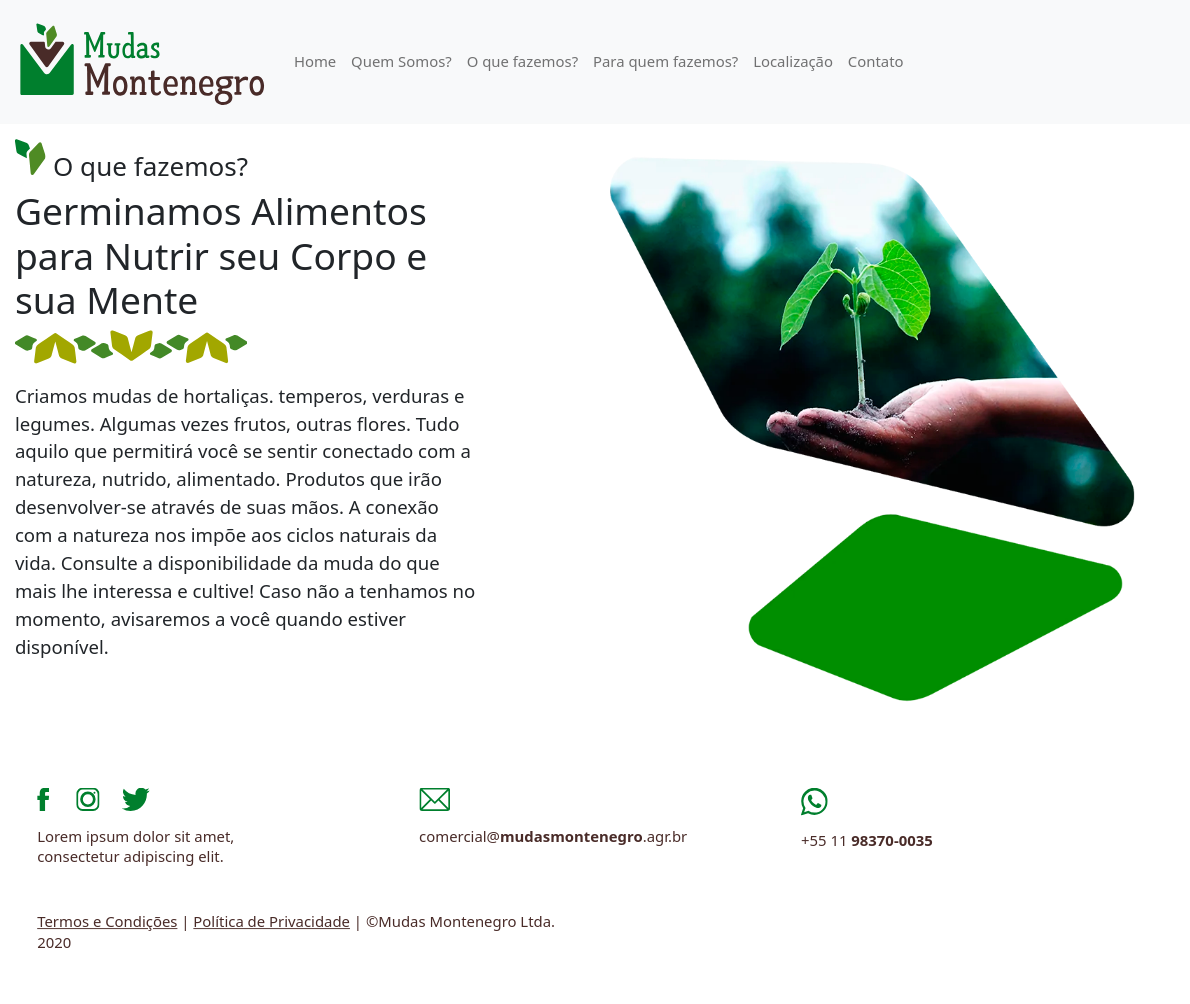
Repository: MaKnok/mudas-montenegro
Page: o-que-fazemos.html
An editor plug-in stored every save of this project. The page is shown before and after the next save, followed by the edit.
The browser window is 1280 px wide. The pictures show the whole page, at 93% of full size.
Some web libraries are served in a nearby version.

Above is the page before, as saved 2021-06-17 09:44:39.

After the next save:
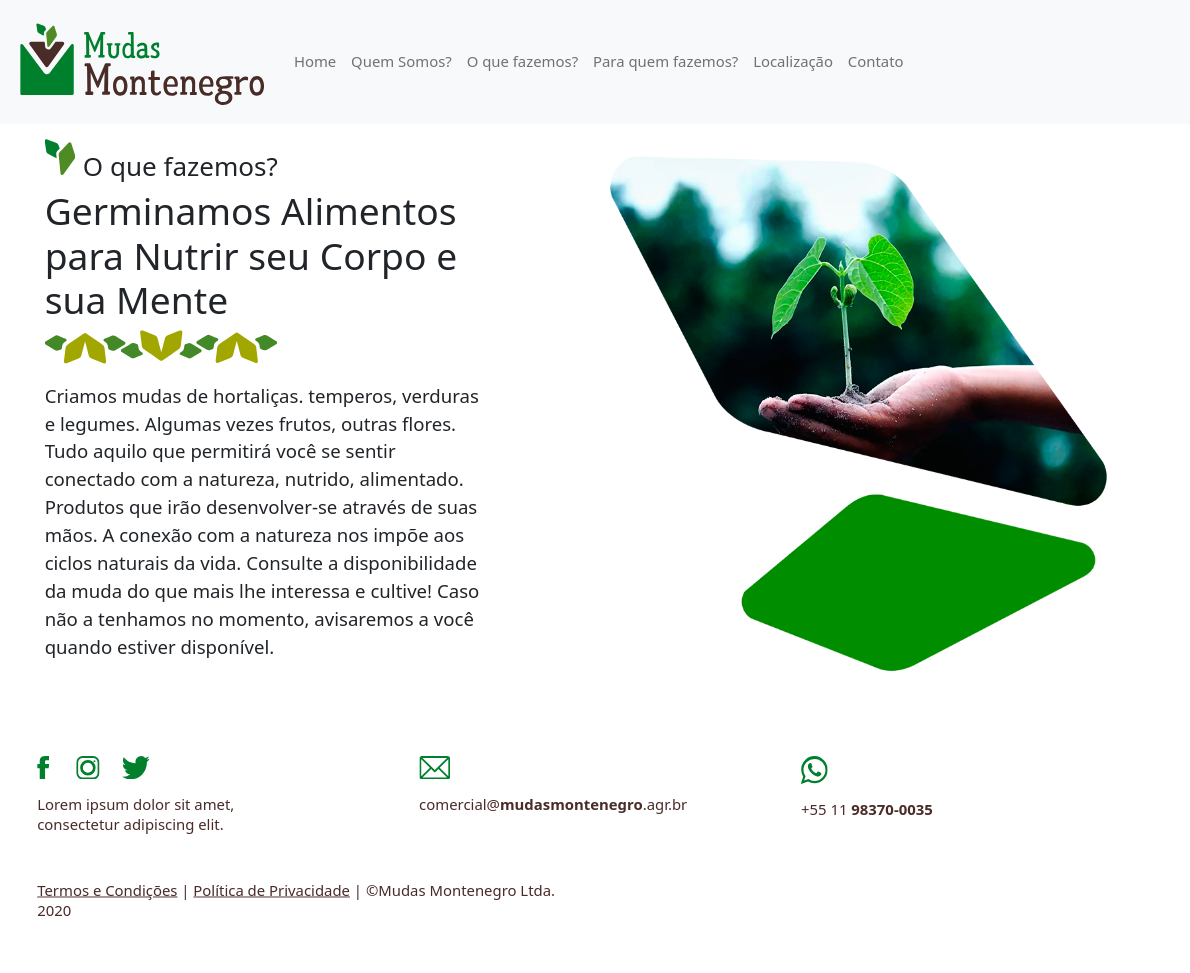
Saved 97 s later.
--- a/o-que-fazemos.html
+++ b/o-que-fazemos.html
@@ -55,33 +55,36 @@
 
 <!--- Image Top -->
 
-<div class="container-fluid">
+<div class="wrapper">
+  <div class="container-fluid">
 
-  <div class="row jumbotron section-top">
+    <div class="row jumbotron section-top">
 
-    <div class="col-xs-12 col-sm-12 col-md-4 col-lg-4 col-xl-5 content-top">
+      <div class="col-xs-12 col-sm-12 col-md-4 col-lg-4 col-xl-5 content-top">
 
-      <h3 class="page-title">O que fazemos?</h3>
+        <h3 class="page-title">O que fazemos?</h3>
 
-      <h1 class="page-slogan">
-        Germinamos
-        Alimentos para
-        Nutrir seu Corpo
-        e sua Mente
-      </h1>
+        <h1 class="page-slogan">
+          Germinamos
+          Alimentos para
+          Nutrir seu Corpo
+          e sua Mente
+        </h1>
 
-      <img src="img/leaves_sections.svg" class="leaves-home">
+        <img src="img/leaves_sections.svg" class="leaves-home">
 
-      <p class="lead">
-        Criamos mudas de hortaliças. temperos, verduras e legumes. Algumas vezes frutos, outras flores. Tudo aquilo que permitirá você se sentir conectado com a natureza, nutrido, alimentado. Produtos que  irão desenvolver-se através de suas mãos. A  conexão com a natureza nos impõe aos ciclos naturais da vida. Consulte a disponibilidade da muda do que mais lhe interessa e cultive! Caso não a tenhamos no momento, avisaremos a você quando estiver disponível.
-      </p>
+        <p class="lead">
+          Criamos mudas de hortaliças. temperos, verduras e legumes. Algumas vezes frutos, outras flores. Tudo aquilo que permitirá você se sentir conectado com a natureza, nutrido, alimentado. Produtos que  irão desenvolver-se através de suas mãos. A  conexão com a natureza nos impõe aos ciclos naturais da vida. Consulte a disponibilidade da muda do que mais lhe interessa e cultive! Caso não a tenhamos no momento, avisaremos a você quando estiver disponível.
+        </p>
 
-    </div>
+      </div>
 
-    <div class="col-xs-12 col-sm-12 col-md-8 col-lg-8 col-xl-7 image-top">
-      <source srcset="img/leaves_desktop_img.webp 2x,img/leaves_desktop_img.webp"
-              media="(min-width: 992px)"/>
-      <img src="img/leaves_desktop_img.webp" class="img-fluid" alt="Muda">
+      <div class="col-xs-12 col-sm-12 col-md-8 col-lg-8 col-xl-7 image-top">
+        <source srcset="img/leaves_desktop_img.webp 2x,img/leaves_desktop_img.webp"
+                media="(min-width: 992px)"/>
+        <img src="img/leaves_desktop_img.webp" class="img-fluid" alt="Muda">
+      </div>
+
     </div>
 
   </div>
